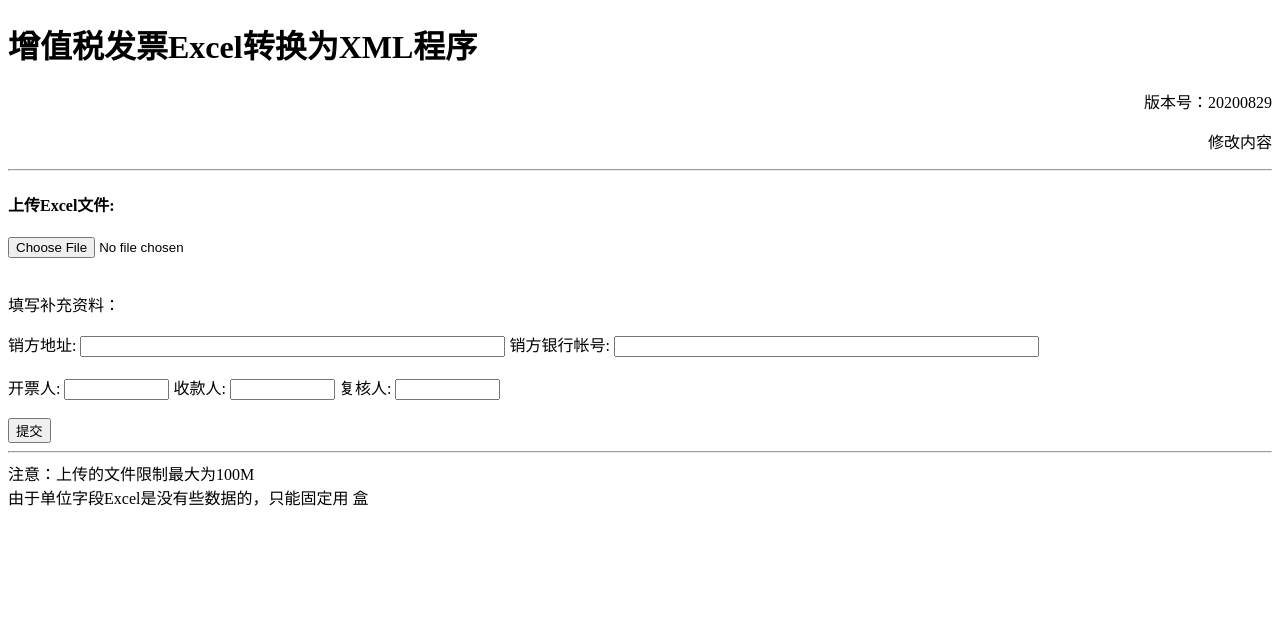
Repository: SFGuile/learnSpringapp
Page: http://localhost/demo/home.jsp
These files come from the project's save history. The page is drawn as it stood at one moment and after the next save; the edit follows.
The browser window is 1280 px wide. The pictures show the whole page.
The page is served by Tomcat 9.

Above is the page before, as saved 2020-08-29 01:45:45.

After the next save:
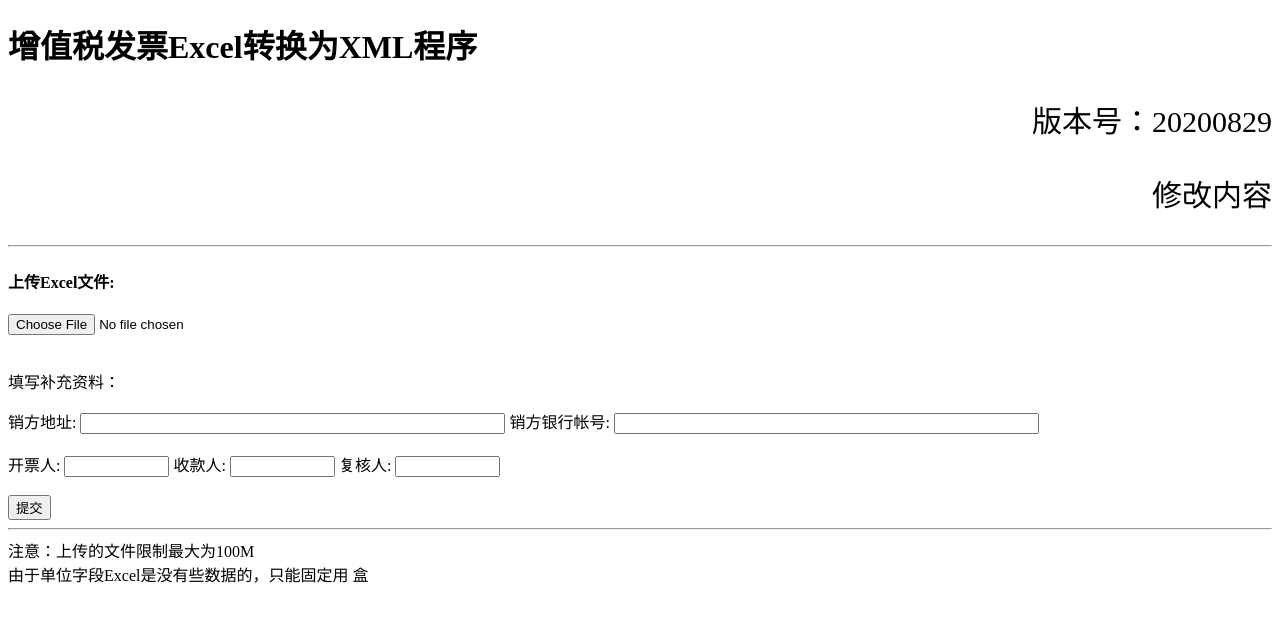
Saved 81 s later.
--- a/demo/src/main/webapp/home.jsp
+++ b/demo/src/main/webapp/home.jsp
@@ -13,12 +13,12 @@
 
  <h1>增值税发票Excel转换为XML程序</h1>
   <div>
-    <p style="text-align: right;">版本号：20200829</p>
+    <p style="font-size:30px;text-align: right;">版本号：20200829</p>
 
    </div>
 
     <div>
-     <p style="text-align: right;">修改内容</p>
+     <p style="font-size:30px;text-align: right;">修改内容</p>
 
     </div>
 
